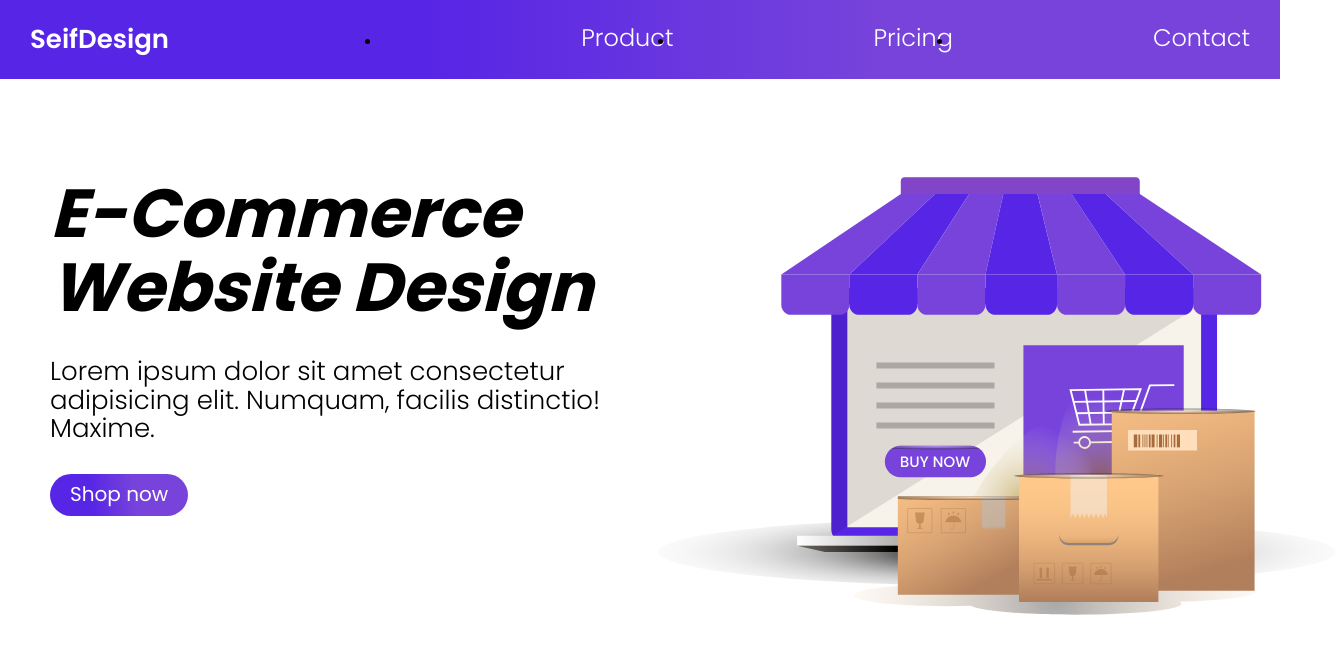
Repository: MehdiKerimov/figma-task-19
Page: pages/homePage/index.html
These files come from the project's save history. The page is drawn as it stood at one moment and after the next save; the edit follows.
The browser window is 1280 px wide. The page is 1336 px wide, so the pictures cover 1336 px, including what lies to the right of the window. The pictures show the whole page.
The style sheet was rebuilt from its Sass, Less or Tailwind sources for each picture, by a compiler version that may differ from the author's.

Above is the page before, as saved 2024-01-20 15:39:19.

### pages/homePage/index.html
<!DOCTYPE html>
<html lang="en">
  <head>
    <meta charset="UTF-8" />
    <meta name="viewport" content="width=device-width, initial-scale=1.0" />
    <title>Document</title>
    <link rel="stylesheet" href="../../assets/css/reset.css" />
    <link rel="stylesheet" href="index.css" />
  </head>
  <body>
    <div class="container">
      <nav>
        <h1>SeifDesign</h1>
        <ul>
          <li>
                    <a href="">Product</a>

          </li>
          <li>
                    <a href="">Pricing</a>

          </li>
          <li>        <a href="">Contact</a>
</li>
        </ul>

        <button class="open-btn">
          <svg xmlns="http://www.w3.org/2000/svg" width="37" height="38" viewBox="0 0 37 38" fill="none">
            <rect y="9.5" width="37" height="3" rx="1.5" fill="#D9D9D9"/>
            <rect y="17.5" width="37" height="3" rx="1.5" fill="#D9D9D9"/>
            <rect y="25.5" width="37" height="3" rx="1.5" fill="#D9D9D9"/>
          </svg>
        </button>
      </nav>
      <main>
        <div class="left-container">
          <h2>E-Commerce Website Design</h2>
          <p>
            Lorem ipsum dolor sit amet consectetur adipisicing elit. Numquam,
            facilis distinctio! Maxime.
          </p>
          <button><a href="">Shop now</a></button>
        </div>

        <img src="../../assets/images/Group (3).svg" alt="" />
      </main>
    </div>
  </body>
</html>

### assets/css/reset.css
*{
    margin: 0;
    padding: 0;
    box-sizing: border-box;
}

button{
    border: none;
    background: none;
}
a{
    text-decoration: none;
}

### pages/homePage/index.scss
@import url("https://fonts.googleapis.com/css2?family=Poppins:wght@300;400;600;700&display=swap");
.container {
  min-height: 100vh;
  /* padding: 30px 30px 43px 30px; */
  nav {
    padding: 20px 30px;
    display: flex;
    justify-content: space-between;
    background: linear-gradient(270deg, #7743db 31.64%, #5725e5 66.78%);
    h1 {
      color: #fff;
      font-family: Poppins;
      font-size: 26px;
      font-style: normal;
      font-weight: 600;
      line-height: normal;
    }
    ul{
      display: flex;
      @media screen and (max-width:1024px) {
      display: none;;
      }
      a {
        text-decoration: none;
        margin-left: 200px;
        color: #fff;
        text-align: center;
        font-family: Poppins;
        font-size: 24px;
        font-style: normal;
        font-weight: 300;
        line-height: normal;
      }
    }
.open-btn{
display: none;
@media screen and (max-width:1024px) {
display: block;
}
}
  }
  main {
    display: flex;
    padding: 98px 50px 43px 50px;
    @media screen and (max-width:1024px) {
      flex-direction: column-reverse;
    }
    h2 {
      width: 608px;
      font-family: Poppins;
      font-size: 68px;
      font-style: italic;
      font-weight: 700;
      line-height: 109%;
    }
    p {
      margin-top: 32px;
      margin-bottom: 32px;
      width: 608px;
      color: #000;
      font-family: Poppins;
      font-size: 26px;
      font-style: normal;
      font-weight: 300;
      line-height: 109%;
    }
    button {
      padding: 10px 20px;
      border-radius: 25px;
      background: linear-gradient(263deg, #7743db 38.81%, #5725e5 70.24%);
      a {
        color: #fff;
        font-family: Poppins;
        font-size: 20px;
        font-style: normal;
        font-weight: 400;
        line-height: 109%;
      }
    }
  }
}

After the next save:
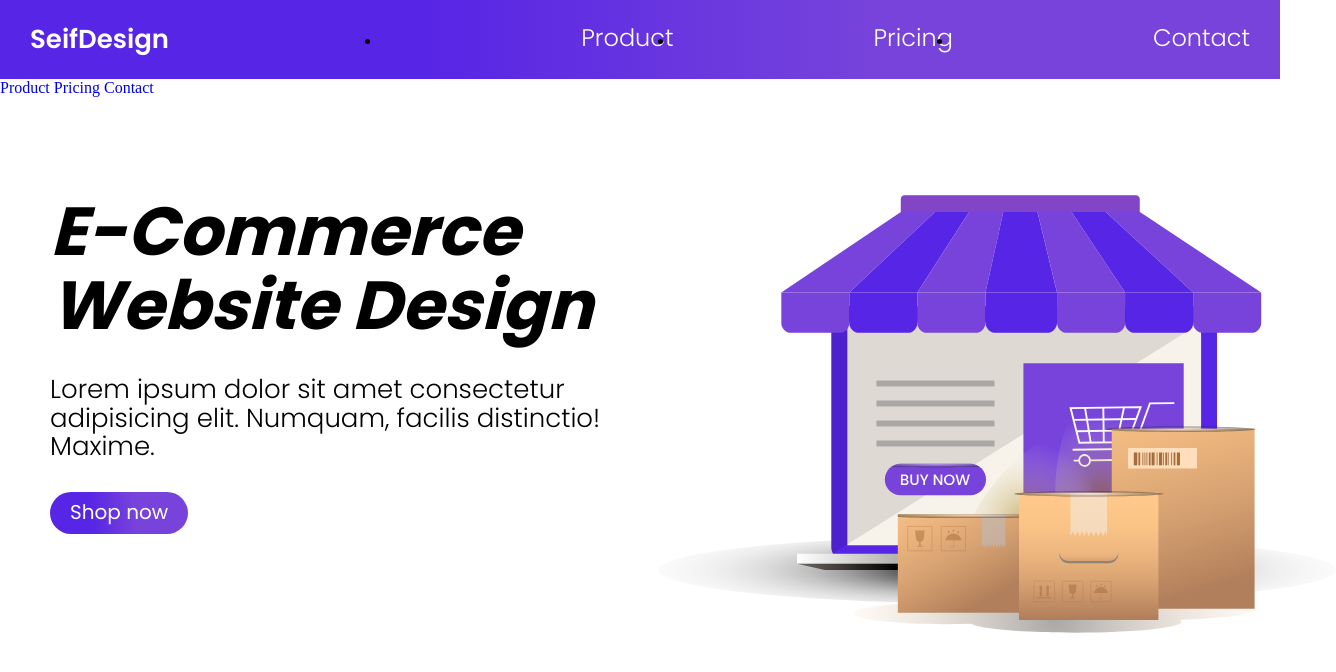
Saved 4 s later.
--- a/pages/homePage/index.html
+++ b/pages/homePage/index.html
@@ -32,6 +32,12 @@
           </svg>
         </button>
       </nav>
+      <div class="menu-list">
+        <a href="#">Product</a>
+        <a href="#">Pricing</a>
+        <a href="#">Contact</a>
+
+      </div>
       <main>
         <div class="left-container">
           <h2>E-Commerce Website Design</h2>
